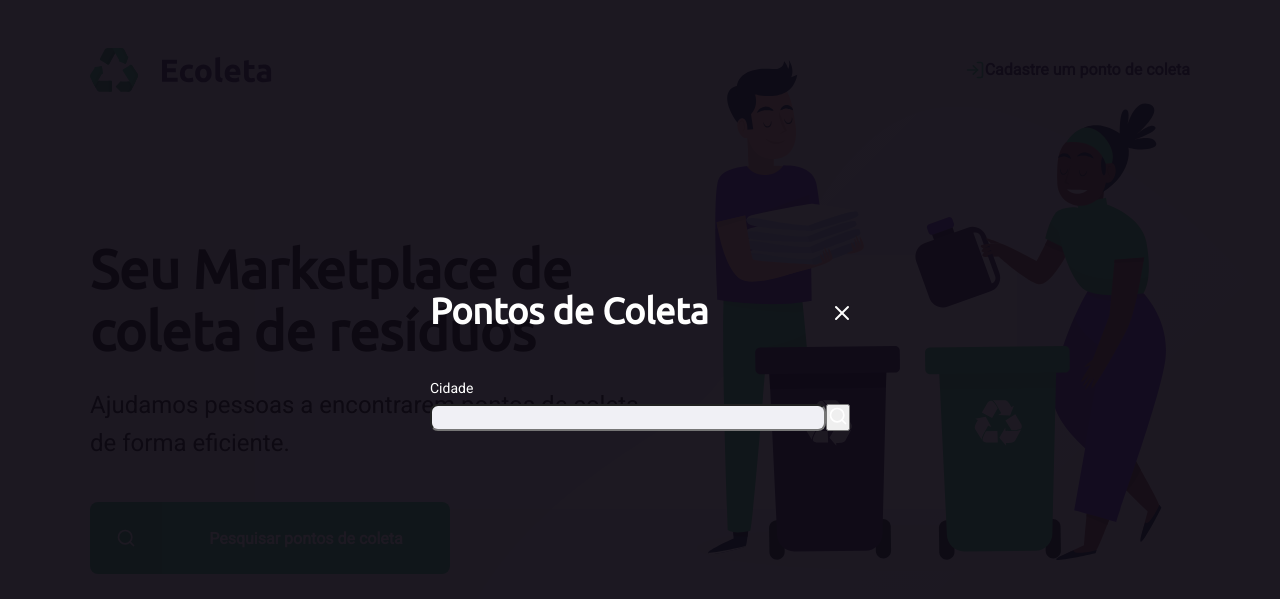
Repository: ivobass/NextLevelWeek
Page: index.html
These files come from the project's save history. The page is drawn as it stood at one moment and after the next save; the edit follows.
The browser window is 1280 px wide. The pictures show the whole page.

Above is the page before, as saved 2020-06-03 22:55:01.

### index.html
<!DOCTYPE html>
<html lang="pt-pt">

<head>
    <meta charset="UTF-8">
    <!--aceita caracteres especiais-->
    <meta name="viewport" content="width=device-width, initial-scale=1.0">
    <title>Ecoleta</title>

    <link href="https://fonts.googleapis.com/css2?family=Roboto&family=Ubuntu:wght:wght@300;700&display=swap" rel="stylesheet">
    <link rel="stylesheet" href="/styles/main.css">
    <link rel="stylesheet" href="/styles/home.css">
    <link rel="stylesheet" href="/styles/modal.css">

    <link rel="stylesheet" href="/styles/responsive.css">

</head>

<body>

    <div id="page-home">

        <div class="content red">

            <header>
                <img src="/assets/logo.svg " alt="logomarca">
                <a href=""><span></span>Cadastre um ponto de coleta </a>

            </header>

            <main>

                <h1>Seu Marketplace de coleta de resíduos
                </h1>
                <p>Ajudamos pessoas a encontrarem pontos de coleta de forma eficiente.</p>

                <a href=""><span></span><strong>Pesquisar pontos de coleta</strong></a>
            </main>
        </div>
    </div>

    <div id="modal">
        <div class="content">
            <div class="header">
                <h1>Pontos de Coleta</h1>
                <a href="">Fechar</a>
            </div>
            <form action="">
                <label for="search">Cidade</label>
                <div class="search field">
                    <input type="text" name="search">
                    <button>
                        <img src="/assets/search.svg" alt="Buscar">
                    </button>
                </div>
            </form>
        </div>
    </div>


</body>

</html>

### styles/main.css
:root {
    --title-color: #322153;
    --primary-color: #34cb79;
}

* {
    margin: 0;
    padding: 0;
    box-sizing: border-box;
}

html {
    font-family: Roboto, sans-serif;
}

body {
    background-color: #f0f0f5;
    -webkit-font-smoothing: antialiased;
}

a {
    text-decoration: none;
}

h1,
h2,
h3,
h4,
h5,
h6 {
    --title-color: #322153;
    font-family: 'Ubuntu', sans-serif;
}


/* BOX MODEL
modelo de caixas
        toda caixa tem:
        largura, altura, espaçamento, prenchimento,
        bordas, cor, fundo, maneira como é vista por html (display)
posicionamento, alinhamentos.
        */

### styles/home.css
#page-home {
    background: url('../assets/home-background.svg') no-repeat;
    height: 100vh;
    background-position: 35vw bottom;
}

#page-home .content {
    width: 90%;
    max-width: 1100px;
    height: 100%;
    margin: 0 auto;
    display: flex;
    flex-direction: column;
}

#page-home header {
    margin-top: 48px;
    display: flex;
    align-items: center;
    justify-content: space-between;
}

#page-home header a {
    display: flex;
    color: var( --title-color);
    font-weight: 700;
}

#page-home header a span {
    margin-left: 16px;
    display: flex;
    background-image: url('/assets/log-in.svg');
    width: 20px;
    height: 20px;
}

#page-home main {
    max-width: 560px;
    flex: 1;
    display: flex;
    flex-direction: column;
    justify-content: center;
}

#page-home main h1 {
    font-size: 54px;
}

#page-home main p {
    font-size: 24px;
    line-height: 38px;
    margin-top: 24px;
}

#page-home main a {
    width: 100%;
    max-width: 360px;
    height: 72px;
    border-radius: 8px;
    display: flex;
    align-items: center;
    margin-top: 40px;
    background-color: var(--primary-color);
    transition: 400ms;
}

#page-home main a:hover {
    background-color: #2fb86e;
}

#page-home main span {
    width: 72px;
    height: 72px;
    border-top-left-radius: 8px;
    border-bottom-left-radius: 8px;
    background-color: rgba(0, 0, 0, 0.08);
    display: flex;
    align-items: center;
    justify-content: center;
}

#page-home main span::after {
    content: "";
    background-image: url('../assets/search.svg');
    width: 20px;
    height: 20px;
}

#page-home main a strong {
    flex: 1;
    color: white;
    text-align: center;
}

### styles/modal.css
#modal {
    background-color: #0e0a14ef;
    height: 100vh;
    width: 100vw;
    position: fixed;
    top: 0;
    display: flex;
    justify-content: center;
    align-items: center;
    transition: 400ms;
}

#modal .content {
    color: white;
    width: 420px;
}

#modal .header {
    display: flex;
    align-items: center;
    justify-content: space-between;
    margin-bottom: 48px;
}

#modal .header a {
    background-image: url("/assets/x.svg");
    width: 20px;
    height: 20px;
    font-size: 0.01px;
}

#modal .header h1 {
    color: white;
    font-size: 36px;
    line-height: 42px;
}

#modal form label {
    font-size: 14px;
    line-height: 16px;
    display: block;
    margin-bottom: 8px;
}

#modal form .field {
    display: flex;
}

#modal form input {
    flex: 1;
    background-color: #f0f0f5;
    border-radius: 8px;
    border 0;
    padding 16px 24px font-size: 16px;
    color: #6c6c80;
}

### styles/responsive.css
@media(max-width: 900px) {
    #page-home {
        background-position-x: 70vw;
    }
    #page-home .content {
        align-items: center;
        text-align: center;
    }
    #page-home header a {
        position: absolute;
        bottom: 48px;
        left: 50%;
        transform: translateX(-50%);
    }
    #page-home main {
        align-items: center;
    }
}

@media(min-width: 1700px) {
    #page-home {
        background-position-x: 40vw;
    }
}

@media(max-heigth: 760px) {
    #page-home {
        background-position-y: 1000px;
    }
}

After the next save:
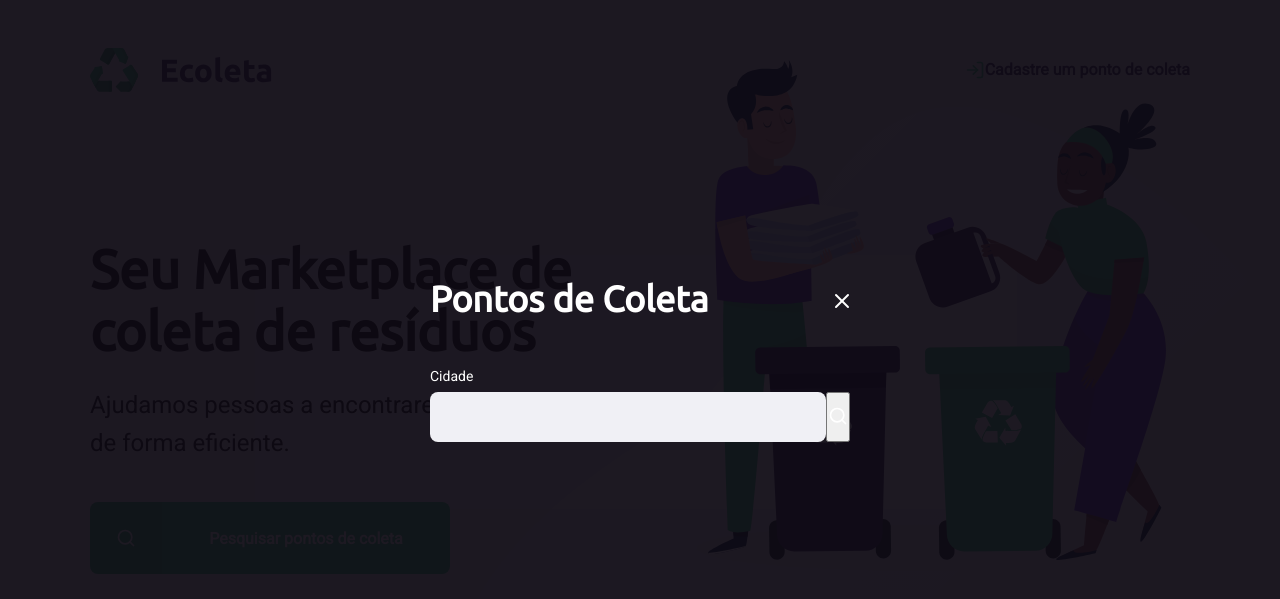
Saved 88 s later.
--- a/styles/modal.css
+++ b/styles/modal.css
@@ -50,7 +50,8 @@
     flex: 1;
     background-color: #f0f0f5;
     border-radius: 8px;
-    border 0;
-    padding 16px 24px font-size: 16px;
+    border: 0;
+    padding: 16px 24px;
+    font-size: 16px;
     color: #6c6c80;
 }
